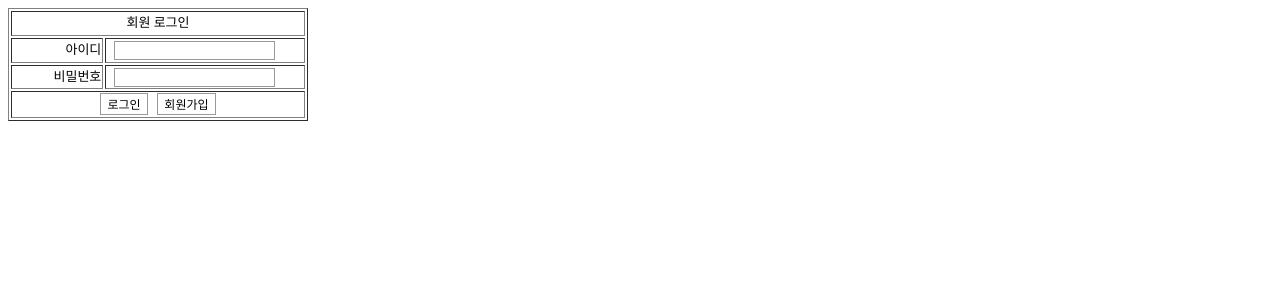
Repository: kr1124/jsp
Page: http://localhost/ServletProject/member/idCheck.jsp
An editor plug-in stored every save of this project. The page is shown before and after a run of saves, followed by the edit.
The browser window is 1280 px wide. The pictures show the whole page.
The page is served by Tomcat 9. Other server files are loaded and not shown. Queries for data that is not in the repository find no rows.

Above is the page before, as saved 2024-12-06 06:10:16.

### ServletProject/src/main/webapp/member/idCheck.jsp
<%@ page language="java" contentType="text/html; charset=UTF-8" pageEncoding="UTF-8"%>
<jsp:useBean id="dao" class="com.member.StudentDAO"/>
<%
    String id = request.getParameter("id");
	boolean check = dao.idCheck(id);
%>
<!DOCTYPE html>
<html>
	<head>
		<meta charset="UTF-8">
		<title>Login</title>
		<link href="style.css" rel="stylesheet" type="text/css" >
	</head>
	<body>
		<form action="#" method="post" >
			<table width="300" border="1">
				<tr>
					<td colspan="2" align="center" >회원 로그인</td>
				</tr>
				<tr>
					<td width="100" align="right" >아이디</td>
					<td width="200">
						&nbsp;&nbsp;<input type="text" name="id" size="20">
					</td>
				</tr>
				<tr>
					<td width="100" align="right" >비밀번호</td>
					<td width="200">
						&nbsp;&nbsp;<input type="password" name="paa" size="20">
					</td>
				</tr>

				<tr>
					<td colspan="2" align="center">
						<input type="submit" value="로그인">&nbsp;&nbsp;
						<input type="button" value="회원가입" onclick="javascript:window.location='regForm.jsp'">
					</td>
				</tr>
			</table>
		</form>
	</body>
</html>

### ServletProject/src/main/java/com/member/StudentDAO.java
package com.member;

import java.sql.*;
import javax.sql.*;
import javax.naming.*;
import java.util.*;

public class StudentDAO {
	private Connection getConnection() {
		Connection con = null;

		try {
			Context initContext = new InitialContext();
			Context envContext  = (Context)initContext.lookup("java:/comp/env");
			DataSource ds = (DataSource)envContext.lookup("jdbc/myOracle");
			con = ds.getConnection();

			System.out.println("데이터베이스 연결 성공");
		} catch(Exception se) {
			System.out.println("데이터베이스 연결 실패");
		}

		return con;
	}

	public boolean idCheck(String id) {
		boolean result = true;
		String sql = "select * from student where id=?";

		Connection con = null;
		PreparedStatement pstmt = null;
		ResultSet rs = null;

		try {
			con = getConnection();
			pstmt = con.prepareStatement(sql);
			pstmt.setString(1, id);

			rs = pstmt.executeQuery();

			if(!rs.next()) {
				result = false;
			}

		} catch (SQLException se) {
			se.printStackTrace();
		} finally {
			if(rs != null) {try {rs.close();} catch(SQLException e) {}}
			if(pstmt != null) {try {pstmt.close();} catch(SQLException e) {}}
			if(con != null) {try {con.close();} catch(SQLException e) {}}
		}

		return result;
	}

	public Vector<ZipCodeVO> zipcodeRead(String dong) {
		Connection con = null;
		PreparedStatement pstmt = null;
		ResultSet rs = null;

		Vector<ZipCodeVO> vecList = new Vector<ZipCodeVO>();

		try {
			con = getConnection();

			String sql = "select * from zipcode where dong like '" + dong + "%'";
			pstmt = con.prepareStatement(sql);
			rs = pstmt.executeQuery();

			while(rs.next()) {
				ZipCodeVO tempZipCode = new ZipCodeVO();
				tempZipCode.setZipcode(rs.getString("zipcode"));
				tempZipCode.setSido(rs.getString("sido"));
				tempZipCode.setGugun(rs.getString("gugun"));
				tempZipCode.setDong(rs.getString("dong"));
				tempZipCode.setRi(rs.getString("ri"));
				tempZipCode.setBunji(rs.getString("bunji"));
				vecList.add(tempZipCode);
			}

		} catch (SQLException se) {
			se.printStackTrace();
		} finally {
			if(rs != null) {try {rs.close();} catch(SQLException e) {}}
			if(pstmt != null) {try {pstmt.close();} catch(SQLException e) {}}
			if(con != null) {try {con.close();} catch(SQLException e) {}}
		}

		return vecList;
	}

	/*
	 * 회원가입처리
	 * 데이터베이스에 실제로 회원데이터를 넣기 위하여 메소드 추가
	 */

	public boolean memberInsert(StudentVO vo) {
		Connection con = null;
		PreparedStatement pstmt = null;
		//ResultSet rs = null;

		boolean flag = false;

		try {
			con = getConnection();

			String sql = "insert into student values(?,?,?,?,?,?,?,?,?,?)";

			pstmt = con.prepareStatement(sql);
			pstmt.setString(1, vo.getId());
			pstmt.setString(2, vo.getPass());
			pstmt.setString(3, vo.getName());
			pstmt.setString(4, vo.getPhone1());
			pstmt.setString(5, vo.getPhone2());
			pstmt.setString(6, vo.getPhone3());
			pstmt.setString(7, vo.getEmail());
			pstmt.setString(8, vo.getZipcode());
			pstmt.setString(9, vo.getAddress1());
			pstmt.setString(10, vo.getAddress2());

			int count = pstmt.executeUpdate();
			if(count > 0) {
				flag = true;
			}
		} catch (SQLException se) {
			se.printStackTrace();
		} finally {
			//if(rs != null) {try {rs.close();} catch(SQLException e) {}}
			if(pstmt != null) {try {pstmt.close();} catch(SQLException e) {}}
			if(con != null) {try {con.close();} catch(SQLException e) {}}
		}

		return flag;
	}

	//로그인 버튼을 눌렀을 때 입력된 아이디와 패스워드가 데이터베이스에 저장된 값과 일치하는지 체크
	//1 : 로그인 성공 0 :비밀번호 오류 -1:없는 아이디
	public int loginCheck(String id, String pass) {
		Connection con = null;
		PreparedStatement pstmt = null;
		ResultSet rs = null;

		int check = -1;

		try {
			con = getConnection();

			String sql = "select pass from student where id=?";

			pstmt = con.prepareStatement(sql);
			pstmt.setString(1, id);

			rs = pstmt.executeQuery();

			if(rs.next()) {
				String dbpass = rs.getString("pass");
				if(pass.equals(dbpass)) {
					check = 1;
				}
				else {
					check = 0; //비밀번호 불일치
				}
			}
		} catch (SQLException se) {
			se.printStackTrace();
		} finally {
			if(rs != null) {try {rs.close();} catch(SQLException e) {}}
			if(pstmt != null) {try {pstmt.close();} catch(SQLException e) {}}
			if(con != null) {try {con.close();} catch(SQLException e) {}}
		}

		return check;
	}

	/* 회원정보수정을 위해 정보 수정 버튼을 클릭하면
	 * 현재 로그인한 회원정보를 수정할 수 있도록 미리 화면에 보여주어야함.
	 *
	 * 세션에 설정된 아이디를 가지고 회원정보를 가져오는 메소드를 구현해야함
	 *
	 * 아이디를 가지고 회원정보를 가져오는 메소드 구현
	 * */
	public StudentVO getMember(String id) {
		StudentVO vo = null;

		Connection con = null;
		PreparedStatement pstmt = null;
		ResultSet rs = null;

		try {
			con = getConnection();

			String sql = "select * from student where id=?";

			pstmt = con.prepareStatement(sql);
			pstmt.setString(1, id);

			rs = pstmt.executeQuery();

			if(rs.next()) {
				vo = new StudentVO();
				vo.setId(rs.getString("id"));
				vo.setPass(rs.getString("pass"));
				vo.setName(rs.getString("name"));
				vo.setPhone1(rs.getString("phone1"));
				vo.setPhone2(rs.getString("phone2"));
				vo.setPhone3(rs.getString("phone3"));
				vo.setEmail(rs.getString("email"));
				vo.setZipcode(rs.getString("zipcode"));
				vo.setAddress1(rs.getString("address1"));
				vo.setAddress2(rs.getString("address2"));
			}
		} catch (SQLException se) {
			se.printStackTrace();
		} finally {
			if(rs != null) {try {rs.close();} catch(SQLException e) {}}
			if(pstmt != null) {try {pstmt.close();} catch(SQLException e) {}}
			if(con != null) {try {con.close();} catch(SQLException e) {}}
		}

		return vo;
	}

	/* 정보수정을 위한 데이터베이스 update 함수
	 * */
	public void updateMember(StudentVO vo) {
		Connection con = null;
		PreparedStatement pstmt = null;
		//ResultSet rs = null;

		String sql = "update student set pass=?, phone1=?, phone2=?, phone3=?, email=?, zipcode=?, "
				+ "address1=?, address2=? where id=?";

		try {
			con = getConnection();

			pstmt = con.prepareStatement(sql);
			pstmt.setString(1, vo.getPass());
			pstmt.setString(2, vo.getPhone1());
			pstmt.setString(3, vo.getPhone2());
			pstmt.setString(4, vo.getPhone3());
			pstmt.setString(5, vo.getEmail());
			pstmt.setString(6, vo.getZipcode());
			pstmt.setString(7, vo.getAddress1());
			pstmt.setString(8, vo.getAddress2());
			pstmt.setString(9, vo.getId());

			pstmt.executeUpdate();

		} catch (SQLException se) {
			se.printStackTrace();
		} finally {
			//if(rs != null) {try {rs.close();} catch(SQLException e) {}}
			if(pstmt != null) {try {pstmt.close();} catch(SQLException e) {}}
			if(con != null) {try {con.close();} catch(SQLException e) {}}
		}
	}

	//회원탈퇴 : 버튼이 클릭되면 비밀번호를 입력받고 일치하는지 확인하여 일치하면 탈퇴
	public int deleteMember(String id, String pass) {
		Connection con = null;
		PreparedStatement pstmt = null;
		ResultSet rs = null;
		String dbpass = "";//db에 저장된 비밀번호

		int result = -1; //해당 아이디 없음

		try {
			con = getConnection();

			String sql1 = "select pass from student where id=?";

			pstmt = con.prepareStatement(sql1);
			pstmt.setString(1, id);

			rs = pstmt.executeQuery();

			if(rs.next()) {
				dbpass = rs.getString("pass");
				if(dbpass.equals(pass)) {
					String sql2 = "delete from student where id=?";
					pstmt = con.prepareStatement(sql2);
					pstmt.setString(1, id);
					pstmt.executeUpdate();
					result = 1; //탈퇴 성공
				}
				else {
					result = 0; //비밀번호 불일치
				}
			}
		} catch (SQLException se) {
			se.printStackTrace();
		} finally {
			if(rs != null) {try {rs.close();} catch(SQLException e) {}}
			if(pstmt != null) {try {pstmt.close();} catch(SQLException e) {}}
			if(con != null) {try {con.close();} catch(SQLException e) {}}
		}

		return result;
	}

}

### ServletProject/src/main/webapp/member/style.css
@charset "UTF-8";
body, table, tr, td, select, div, form {
	font-size : 13px;
	color: black;
	line-height: 160%;
	font-family: serif;
}

textarea, input {
	border-right: 1px solid #999999;
	border-top: 1px solid #999999;
	border-left: 1px solid #999999;
	border-bottom: 1px solid #999999;
	font-size: 9pt;
	color: black;
	background-color: white;
	font-family: serif;
}

a:link {
	text-decoration: none;
	color: #696969;
}
a:hover {
	text-decoration: yes;
	color: #66ccff;
}
a:visited {
	text-decoration: none;
	color: #330066;
}

After the next 3 saves:
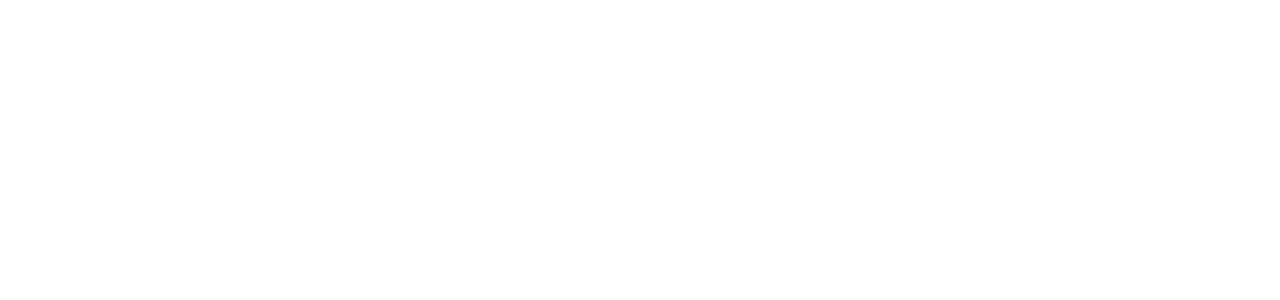
The 3 saves are shown as one change because they came seconds apart.
The last was saved 76 s later.
--- a/ServletProject/src/main/webapp/member/idCheck.jsp
+++ b/ServletProject/src/main/webapp/member/idCheck.jsp
@@ -8,35 +8,9 @@
 <html>
 	<head>
 		<meta charset="UTF-8">
-		<title>Login</title>
-		<link href="style.css" rel="stylesheet" type="text/css" >
+		<title></title>
 	</head>
 	<body>
-		<form action="#" method="post" >
-			<table width="300" border="1">
-				<tr>
-					<td colspan="2" align="center" >회원 로그인</td>
-				</tr>
-				<tr>
-					<td width="100" align="right" >아이디</td>
-					<td width="200">
-						&nbsp;&nbsp;<input type="text" name="id" size="20">
-					</td>
-				</tr>
-				<tr>
-					<td width="100" align="right" >비밀번호</td>
-					<td width="200">
-						&nbsp;&nbsp;<input type="password" name="paa" size="20">
-					</td>
-				</tr>
 
-				<tr>
-					<td colspan="2" align="center">
-						<input type="submit" value="로그인">&nbsp;&nbsp;
-						<input type="button" value="회원가입" onclick="javascript:window.location='regForm.jsp'">
-					</td>
-				</tr>
-			</table>
-		</form>
 	</body>
 </html>

After the save that followed:
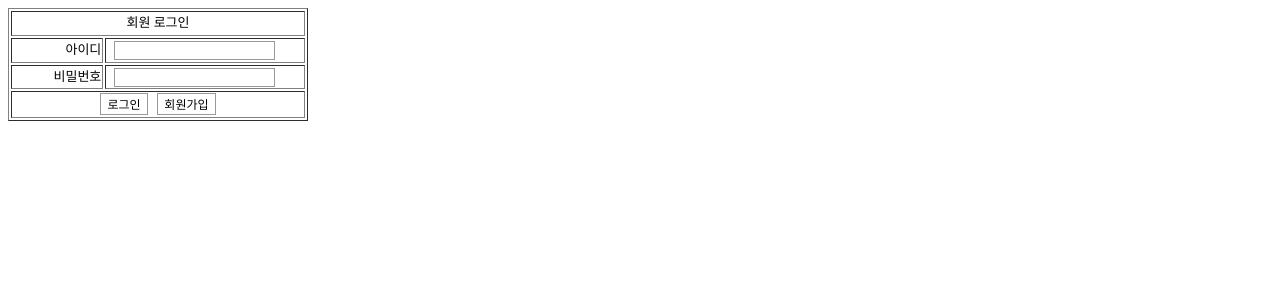
Saved 21 s later.
--- a/ServletProject/src/main/webapp/member/idCheck.jsp
+++ b/ServletProject/src/main/webapp/member/idCheck.jsp
@@ -8,9 +8,35 @@
 <html>
 	<head>
 		<meta charset="UTF-8">
-		<title></title>
+		<title>Login</title>
+		<link href="style.css" rel="stylesheet" type="text/css" >
 	</head>
 	<body>
+		<form action="#" method="post" >
+			<table width="300" border="1">
+				<tr>
+					<td colspan="2" align="center" >회원 로그인</td>
+				</tr>
+				<tr>
+					<td width="100" align="right" >아이디</td>
+					<td width="200">
+						&nbsp;&nbsp;<input type="text" name="id" size="20">
+					</td>
+				</tr>
+				<tr>
+					<td width="100" align="right" >비밀번호</td>
+					<td width="200">
+						&nbsp;&nbsp;<input type="password" name="paa" size="20">
+					</td>
+				</tr>
 
+				<tr>
+					<td colspan="2" align="center">
+						<input type="submit" value="로그인">&nbsp;&nbsp;
+						<input type="button" value="회원가입" onclick="javascript:window.location='regForm.jsp'">
+					</td>
+				</tr>
+			</table>
+		</form>
 	</body>
 </html>
